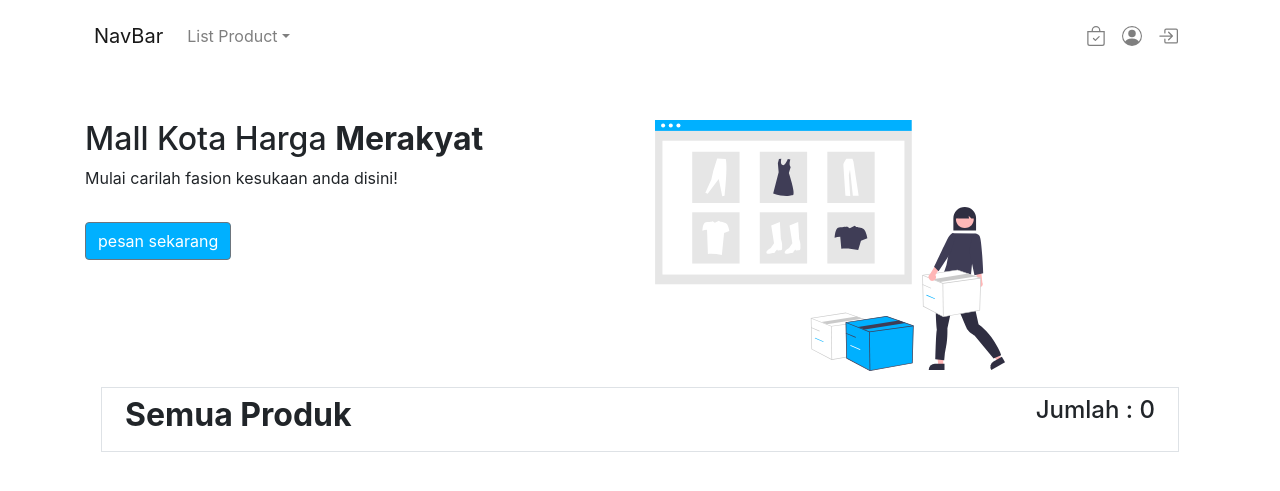
Repository: AHSANS354/ecommerce-catalog
Page: /
These files come from the project's save history. The page is drawn as it stood at one moment and after the next save; the edit follows.
The browser window is 1280 px wide. The pictures show the whole page.
The page's requests for data from a server got no answer. The project was rebuilt for these pictures with package versions that can differ from the ones it lists, and the page was loaded fresh each time. No one was signed in, and anything a server would have sent is missing. Also part of the build but not shown: vue.config.js, src/components/CardProduct.vue.

Above is the page before, as saved 2023-03-01 22:41:38.

### src/main.js
import Vue from "vue";
import App from "./App.vue";
import router from "./router";
import { BootstrapVue, IconsPlugin } from "bootstrap-vue";
// Import Bootstrap and BootstrapVue CSS files (order is important)
import "bootstrap/dist/css/bootstrap.css";
import "bootstrap-vue/dist/bootstrap-vue.css";
import "./assets/style/main.css";

// Make BootstrapVue available throughout your project
Vue.use(BootstrapVue);
// Optionally install the BootstrapVue icon components plugin
Vue.use(IconsPlugin);

Vue.config.productionTip = false;

new Vue({
  router,
  render: (h) => h(App),
}).$mount("#app");

### src/App.vue
<template>
  <div id="app">
    <router-view />
  </div>
</template>

### src/assets/style/main.css
.btn.btn-secondary {
  background-color: #00b0ff !important;
}

.card-img-top {
  height: 18rem;
}

.card {
  padding: 2rem;
}

.deskripsi {
  display: -webkit-box;
  -webkit-line-clamp: 3;
  -webkit-box-orient: vertical;
  overflow: hidden;
  text-overflow: ellipsis;
}

.title {
  display: -webkit-box;
  -webkit-line-clamp: 2;
  -webkit-box-orient: vertical;
  overflow: hidden;
  text-overflow: ellipsis;
}

### src/views/HomeView.vue
<template>
  <div class="home">
    <navbar-view />
    <div class="container mt-5">
      <div class="row">
        <div class="col-md-6">
          <h2>Mall Kota Harga <strong>Merakyat</strong></h2>
          <p>Mulai carilah fasion kesukaan anda disini!</p>

          <b-button class="mt-3"> pesan sekarang </b-button>
        </div>
        <div class="col-md-6">
          <img
            src="../assets/images/undraw_web_shopping_re_owap.svg"
            alt="foto"
            width="350"
          />
        </div>
      </div>

      <div class="row border m-3 p-2">
        <div class="col d-flex justify-content-between">
          <h2><strong>Semua Produk</strong></h2>
          <h4>
            Jumlah :
            {{ products.length }}
          </h4>
        </div>
      </div>

      <div class="row">
        <div class="col-md-4" v-for="product in products" :key="product.id">
          <card-product :product="product" />
        </div>
      </div>
    </div>
  </div>
</template>

<script>
import NavbarView from "@/components/NavbarView.vue";
import CardProduct from "@/components/CardProduct.vue";
import axios from "axios";
// @ is an alias to /src

export default {
  name: "HomeView",
  components: {
    NavbarView,
    CardProduct,
  },
  data() {
    return {
      products: [],
    };
  },
  methods: {
    setProduct(data) {
      this.products = data;
    },
  },
  mounted() {
    axios
      .get("https://fakestoreapi.com/products")
      .then((response) => this.setProduct(response.data))
      .catch((error) => console.log(error));
  },
};
</script>

### src/components/NavbarView.vue
<template>
  <div class="container p-2">
    <b-navbar toggleable="lg" type="light">
      <router-link class="navbar-brand" to="/">NavBar</router-link>

      <b-navbar-toggle target="nav-collapse"></b-navbar-toggle>

      <b-collapse id="nav-collapse" is-nav>
        <b-navbar-nav>
          <b-nav-item-dropdown text="List Product" right>
            <router-link class="dropdown-item" to="/">EN</router-link>
            <router-link class="dropdown-item" to="/">ES</router-link>
            <router-link class="dropdown-item" to="/">RU</router-link>
            <router-link class="dropdown-item" to="/">FA</router-link>
          </b-nav-item-dropdown>
        </b-navbar-nav>

        <!-- Right aligned nav items -->
        <b-navbar-nav class="ml-auto">
          <router-link to="/"
            ><b-nav-item><b-icon-bag-check></b-icon-bag-check></b-nav-item
          ></router-link>
          <router-link to="/"
            ><b-nav-item
              ><b-icon-person-circle></b-icon-person-circle></b-nav-item
          ></router-link>
          <router-link to="/"
            ><b-nav-item
              ><b-icon-box-arrow-in-right></b-icon-box-arrow-in-right></b-nav-item
          ></router-link>
        </b-navbar-nav>
      </b-collapse>
    </b-navbar>
  </div>
</template>

<script>
export default {
  name: "NavbarView",
};
</script>

<style>
</style>

Loaded but not shown: public/index.html (common file); src/router/index.js (common file)

After the next save:
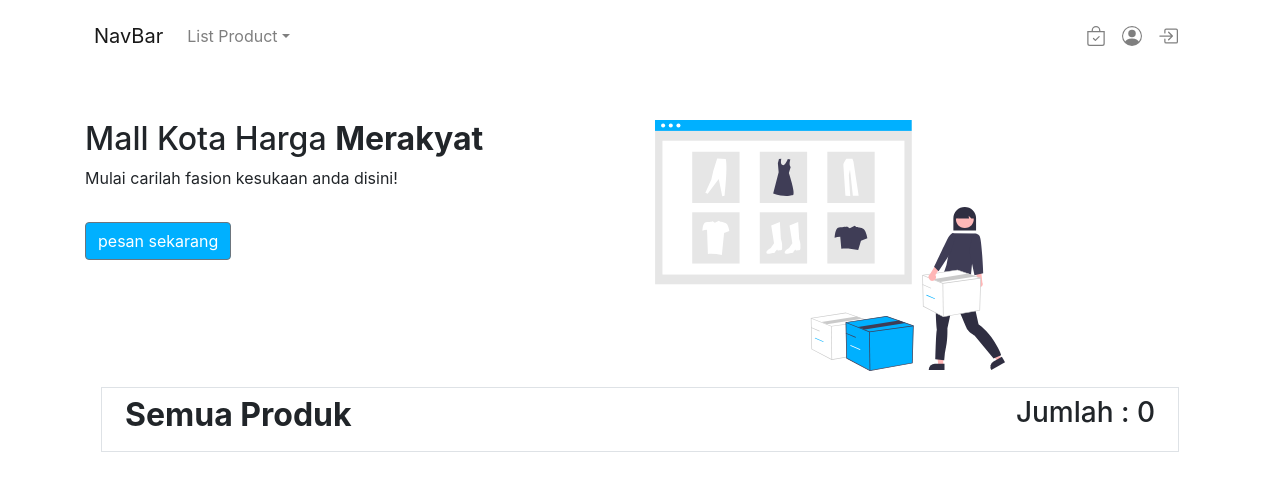
Saved 57 s later.
--- a/src/views/HomeView.vue
+++ b/src/views/HomeView.vue
@@ -21,10 +21,10 @@
       <div class="row border m-3 p-2">
         <div class="col d-flex justify-content-between">
           <h2><strong>Semua Produk</strong></h2>
-          <h4>
+          <h3>
             Jumlah :
             {{ products.length }}
-          </h4>
+          </h3>
         </div>
       </div>
 
